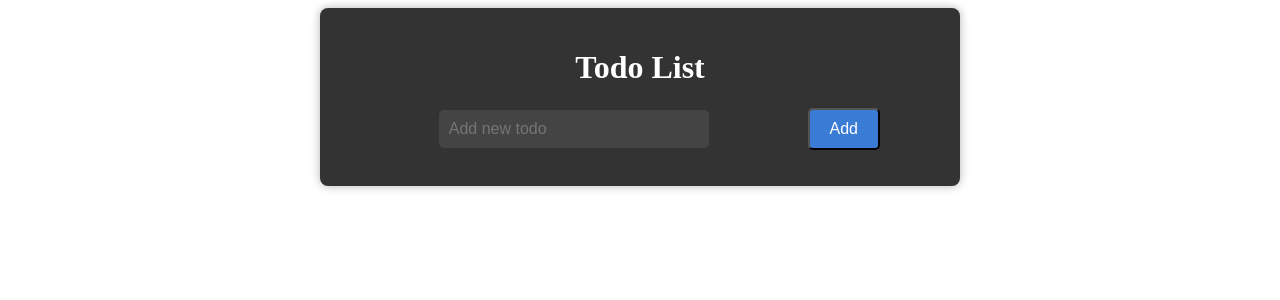
Repository: Tobby004/Todo-assignment
Page: / (app in todo-list-app/)
The author's editor kept a copy of each file at every save. The page is drawn from the files as they stood at one save, then again after the next save.
The browser window is 1280 px wide. The pictures show the whole page.
The project was rebuilt for these pictures with package versions that can differ from the ones it lists, and the page was loaded fresh each time. Also part of the build but not shown: todo-list-app/vue.config.js.

Above is the page before, as saved 2023-12-06 16:50:50.

After the next save:
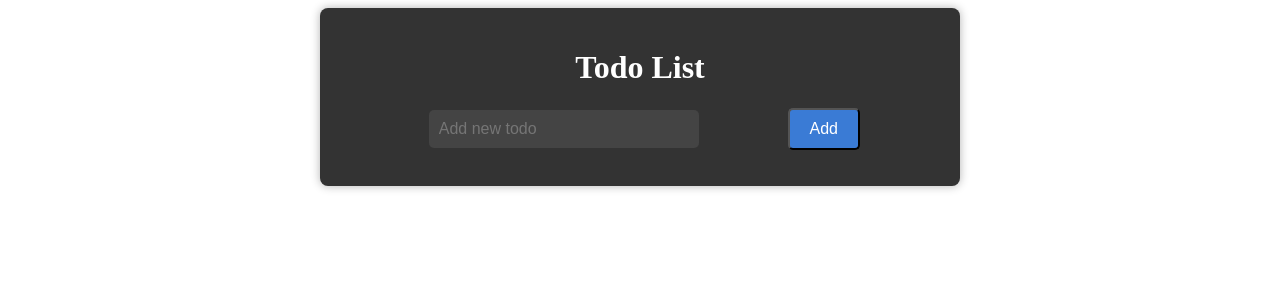
Saved 10 s later.
--- a/todo-list-app/src/App.vue
+++ b/todo-list-app/src/App.vue
@@ -94,7 +94,7 @@ h1 {
 
 .add-button {
   padding: 10px 20px;
-  margin-right: 60px;
+  margin-right: 80px;
   border-radius: 5px;
   cursor: pointer;
   font-size: 16px;
